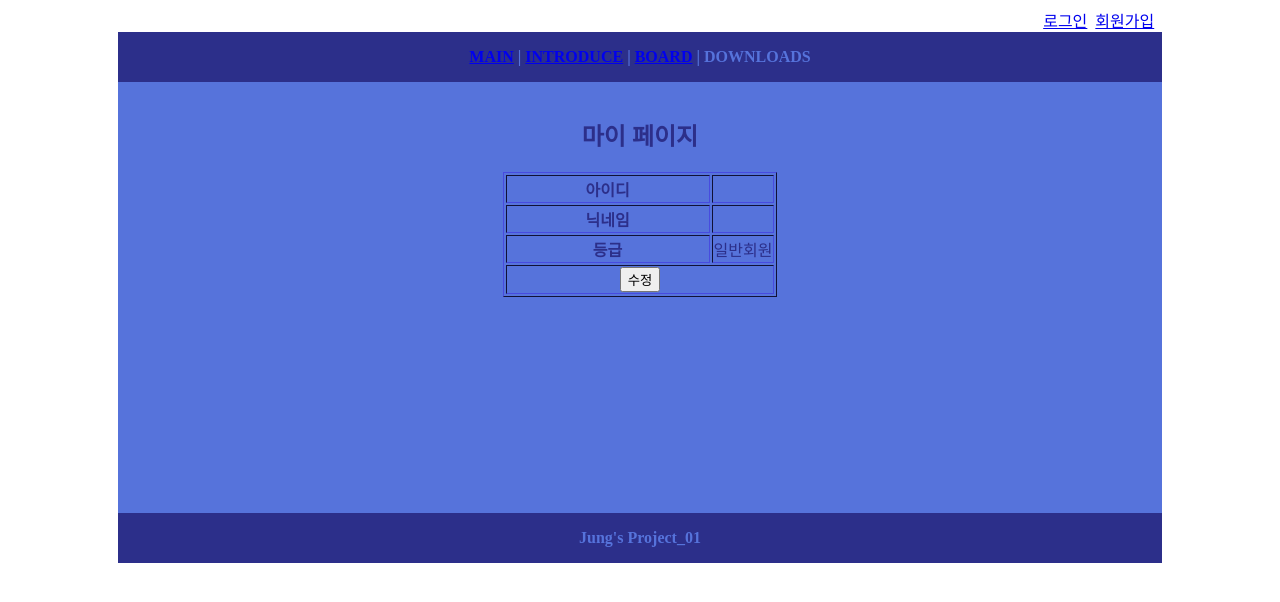
Repository: asas6306/Jungs_
Page: http://localhost/Board-Project1/WEB-INF/JSP/mypage.jsp
These files come from the project's save history. The page is drawn as it stood at one moment and after the next save; the edit follows.
The browser window is 1280 px wide. The pictures show the whole page.
The page is served by Tomcat 9. Nobody is signed in. The template is opened directly, without the code that normally fills it, so the values that code supplies are empty.

Above is the page before, as saved 2021-01-14 08:13:51.

After the next save:
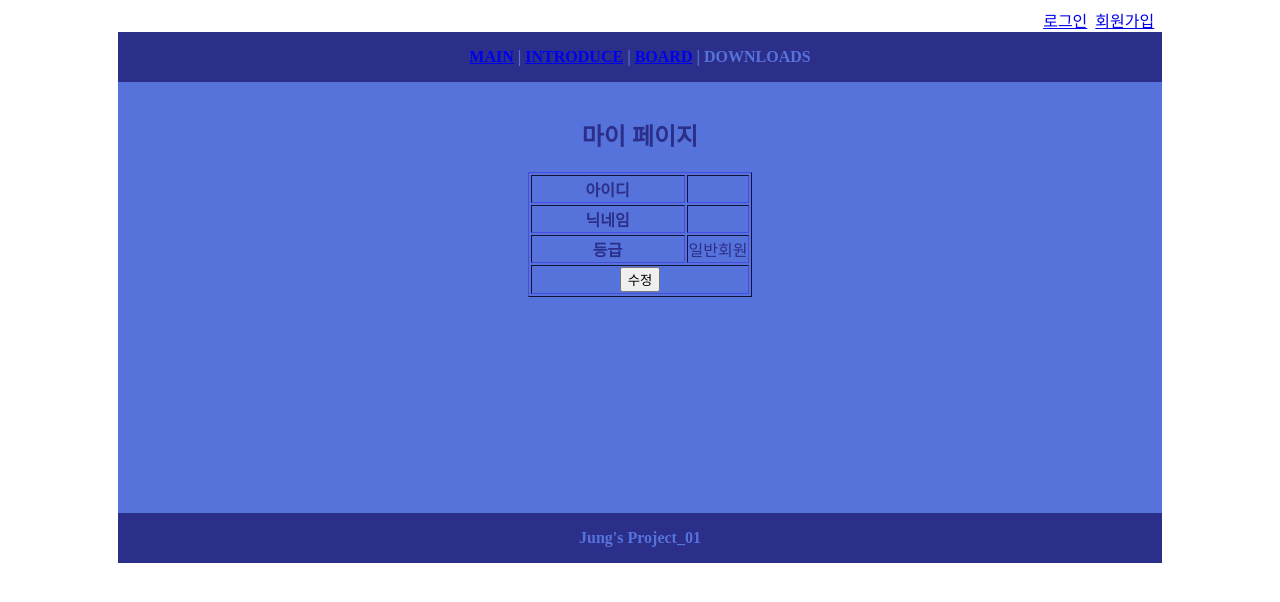
Saved 5 s later.
--- a/Board-Project1/WebContent/WEB-INF/JSP/mypage.jsp
+++ b/Board-Project1/WebContent/WEB-INF/JSP/mypage.jsp
@@ -7,7 +7,7 @@
 		<h2>마이 페이지</h2>
 	</caption>
 	<tr>
-		<th width="200px">아이디</th>
+		<th width="150px">아이디</th>
 		<td>${m.ID}</td>
 	</tr>
 	<tr>
